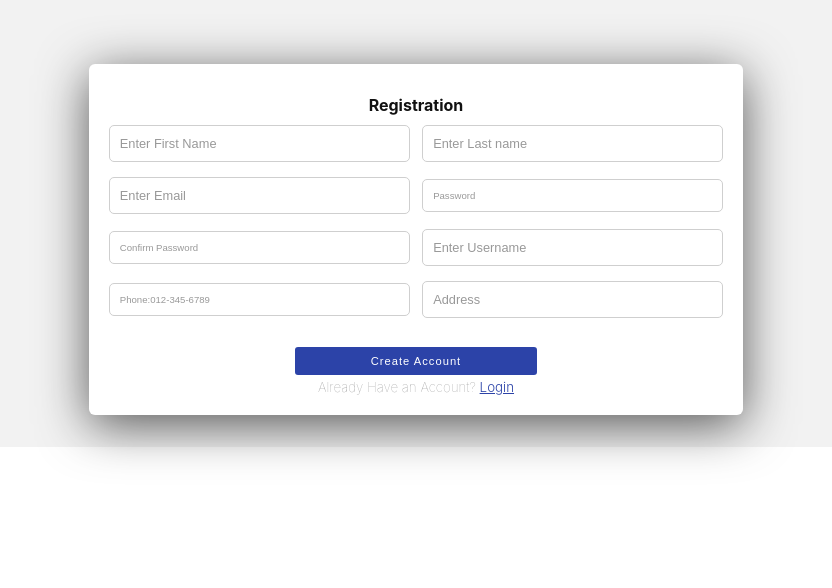
Repository: Fortune-Labs/Event-management-system-CapstoneG3
Page: /register (app in frontend/)
An editor plug-in stored every save of this project. The page is shown before and after the next save, followed by the edit.
The browser window is 768 px wide. The page is 832 px wide, so the pictures cover 832 px, including what lies to the right of the window. The pictures show the whole page.
The project was rebuilt for these pictures with package versions that can differ from the ones it lists, and the page was loaded fresh each time. Also part of the build but not shown: frontend/src/components/LoginSignup/errorMessages.js, frontend/src/components/LoginSignup/login.jsx, frontend/src/components/LoginSignup/verificationCode.jsx, frontend/src/components/LoginSignup/passwordReset.jsx.

Above is the page before, as saved 2020-09-09 16:43:50.

### frontend/src/App.js
import React from "react";
import "./App.css";
import Register from "./components/LoginSignup/register";
import Login from "./components/LoginSignup/login";
import passwordReset from "./components/LoginSignup/passwordReset";
import { BrowserRouter, Switch, Route } from "react-router-dom";

function App() {
  return (
    <div className="App">
      <BrowserRouter>
        <Switch>
          <div className="App">
            <Route path="/login" component={Login} />
            <Route path="/passwordReset" component={passwordReset} />
            <Route exact path="/register" component={Register} />
          </div>
        </Switch>
      </BrowserRouter>
    </div>
  );
}

export default App;

### frontend/src/components/LoginSignup/register.jsx
import React, { useRef, Component } from "react";
import { useForm } from "react-hook-form";
import "./style.css";
import ErrorMessage from "./errorMessages";
import { Link } from "react-router-dom";

//Regular expression that holds email validation of form example@thismail.com
const emailRegex = RegExp(
  /^[a-zA-Z0-9.!#$%&’*+/=?^_`{|}~-]+@[a-zA-Z0-9-]+(?:\.[a-zA-Z0-9-]+)*$/
);
//Regular expression that holds phone number validation of form (000-000-0000)
const phoneRegex = RegExp(/^\(?([0-9]{3})\)?[-. ]?([0-9]{3})[-. ]?([0-9]{4})$/);

const UseFormFuction = () => {
  const { register, handleSubmit, errors, watch } = useForm();
  const password = useRef({});
  password.current = watch("password", "");
  const onSubmit = async (formData) => {
    console.log(formData);

    let url = "http://127.0.0.1:8000/auth/register/";
    fetch(url, {
      method: "POST",
      headers: {
        "Content-Type": "application/json",
      },
      body: JSON.stringify(formData),
    })
      .then((response) => response.json())
      .then((data) => {
        console.log("success", data);
      })
      .catch((error) => {
        console.error("Error:", error);
      });
  };

  return (
    <div className="wrapper">
      <div className="form-wrapper">
        <form onSubmit={handleSubmit(onSubmit)} className="register-form">
          <h1 className="register-header">Registration</h1>
          <div className="firstName">
            <input
              type="text"
              name="firstName"
              ref={register({ required: true, minLength: 3 })}
              placeholder="Enter First Name"
            />
            <ErrorMessage error={errors.firstName} />
          </div>
          <div className="lastName">
            <input
              type="text"
              name="lastName"
              ref={register({ required: true, minLength: 3 })}
              placeholder="Enter Last name"
            />
            <ErrorMessage error={errors.lastName} />
          </div>
          <div className="email">
            <input
              type="text"
              name="email"
              ref={register({
                required: true,
                pattern: {
                  value: emailRegex,
                  message: "invalid email address",
                },
              })}
              placeholder="Enter Email"
            />
            <ErrorMessage error={errors.email} />
          </div>
          <div className="password">
            <input
              type="password"
              name="password"
              placeholder="Password"
              ref={register({ required: true, maxLength: 8 })}
            />
            <ErrorMessage error={errors.password} />
          </div>
          <div className="cpassword">
            <input
              type="password"
              name="cpassword"
              ref={register({
                required: true,
                validate: (value) =>
                  value === password.current || "Passwords do not match.",
              })}
              placeholder="Confirm Password"
            />
            <ErrorMessage error={errors.cpassword} />
          </div>
          <div className="username">
            <input
              type="text"
              name="username"
              ref={register({ required: true, minLength: 3 })}
              placeholder="Enter Username"
            />
            <ErrorMessage error={errors.username} />
          </div>

          <div className="phone">
            <input
              type="tel"
              name="phone"
              placeholder="Phone:012-345-6789"
              ref={register({
                required: true,
                pattern: {
                  value: phoneRegex,
                  message: "invalid phone",
                },
              })}
            />
            <ErrorMessage error={errors.phone} />
          </div>
          <div className="address">
            <input
              type="text"
              name="address"
              ref={register({ required: true, maxLength: 20 })}
              placeholder="Address"
            />
            <ErrorMessage error={errors.address} />
          </div>

          <div className="register action-counter">
            <button type="submit" className="btn1">
              Create Account
            </button>
            <small>
              Already Have an Account? <Link to="Login">Login</Link>
            </small>
          </div>
        </form>
      </div>
    </div>
  );
};
//Components register
class Register extends Component {
  render() {
    return (
      <div>
        <UseFormFuction />
      </div>
    );
  }
}

export default Register;

### frontend/src/components/LoginSignup/style.css
.wrapper {
  height: 100vh;
  width: 100%;
  display: flex;
  flex-direction: column;
  justify-content: center;
  align-items: center;
  background-color: #f2f2f2;
  margin: 0;
}

.form-wrapper {
  min-height: 25rem;
  width: 30%;
  display: flex;
  flex-direction: column;
  padding: 20px;
  border-radius: 6px;
  box-shadow: 0px 10px 50px #555;
  background-color: #ffffff;
}

.register-header {
  text-align: center;
  width: 100%;
  color: #111;
  font-size: 16px;
  font-weight: bold;
  font-family: -apple-system, BlinkMacSystemFont, "Segoe UI", Roboto, Oxygen,
    Ubuntu, Cantarell, "Open Sans", "Helvetica Neue", sans-serif;
}

.register-form {
  width: 100%;
  display: flex;
  flex-wrap: wrap;
  align-items: center;
  justify-content: center;
}

label {
  font-size: 16px;
  margin-bottom: 0.09em;
  color: #222;
  font-weight: 12px;
  text-align: left;
}

input[type="text"],
select {
  padding: 10px 10px;
  border-radius: 5px;
  outline: none;
  border: 1px solid #cfcfcf;
  font-size: 0.8em;
}
input[type="password"] {
  padding: 10px 10px;
  border-radius: 5px;
  outline: none;
  border: 1px solid #cfcfcf;
  font-size: 0.6em;
}

input[type="tel"] {
  padding: 10px 10px;
  border-radius: 5px;
  outline: none;
  border: 1px solid #cfcfcf;
  font-size: 0.6em;
}
input::placeholder {
  font-size: 1em;
  font-weight: lighter;
  color: #999;
}

.firstName,
.email,
.cpassword,
.phone {
  margin-right: 1%;
}

.lastName,
.password,
.address,
.username {
  margin-left: 1%;
}

.firstName,
.lastName,
.email,
.password,
.cpassword,
.phone,
.address,
.username {
  display: flex;
  flex-direction: column;
  margin-bottom: 15px;
}

.firstName,
.lastName,
.email,
.password,
.cpassword,
.address,
.phone,
.username {
  width: 49%;
}

.register {
  width: 100%;
  display: flex;
  flex-direction: column;
  align-items: center;
}

.register button {
  background-color: #2c43a8;
  color: #fff;
  border: 2px solid #fff;
  border-radius: 5px;
  width: 40%;
  margin-top: 1em;
  padding: 8px 0px;
  font-size: 0.7em;
  font-weight: lighter;
  letter-spacing: 1px;
  margin-bottom: 0.25em;
  text-align: center;
}

.register button:hover {
  color: #519e8a;
  background-color: #fff;
  border: 2px solid #519e8a;
}

.register small {
  color: #999;
  font-weight: lighter;
}
/* Login style */

.login-wrapper {
  background-image: url("../Images/login-background.jpg");
  height: 100vh;
  width: 100%;
  display: flex;
  flex-direction: column;
  justify-content: center;
  align-items: center;
  background-size: fill;
  background-position: center;
  background-repeat: no-repeat;
  background-color: #f2f2f2;
  margin: 0;
  position: relative;
}

.login-form-wrapper {
  height: 60%;
  width: 50%;
  display: flex;
  position: absolute;
  right: 10%;
  margin-right: -25;
  top: 20%;
  margin-top: -25;
  overflow: hidden;
  flex-direction: column;
  padding: 20px;
  border-radius: 6px;
  box-shadow: 0px 10px 50px #555;
  background-color: #ffffff;
}

.login-header {
  text-align: center;
  width: 100%;
  color: #111;
  font-size: 20px;
  font-weight: bold;
  margin-top: 6%;
  font-family: -apple-system, BlinkMacSystemFont, "Segoe UI", Roboto, Oxygen,
    Ubuntu, Cantarell, "Open Sans", "Helvetica Neue", sans-serif;
}

.login-form-wrapper input {
  padding: 10px 10px;
  border-radius: 5px;
  outline: none;
  border: 1px solid #cfcfcf;
  font-size: 1em;
}

.login-form-wrapper input::placeholder {
  font-size: 1em;
  font-weight: lighter;
  color: #999;
}
.login-form {
  width: 100%;
  display: flex;
  flex-direction: column;
  align-items: center;
  justify-content: center;
}

.email,
.password {
  display: flex;
  flex-direction: column;
  margin-bottom: 15px;
  width: 49%;
  text-align: center;
  justify-content: center;
}

.login-form .password {
  margin-left: 0%;
}

.login {
  display: flex;
  flex-direction: row;
  margin-bottom: 10px;
  width: 49%;
}

.login button {
  background-color: #2c43a8;
  color: #fff;
  border: 2px solid #fff;
  border-radius: 5px;
  padding: 8px 10px;
  text-align: center;
  font-size: 0.5em;
  font-weight: lighter;
  letter-spacing: 1px;
  margin-bottom: 0.25em;
  justify-content: flex-end;
}

.btn {
  display: flex;
  justify-content: flex-end;
  align-items: flex-end;
  right: 0;
  width: 50%;
}
.reset-pwd {
  display: flex;
  width: 50%;
  align-items: flex-start;
}

.login button:hover {
  color: #519e8a;
  background-color: #fff;
  border: 2px solid #519e8a;
}

small {
  color: #999;
  font-weight: lighter;
}

/* general anchor tags */
a:link,
a:visited {
  color: #2c43a8;
  font-weight: 300;
}

a:hover,
a:active {
  color: #519e8a;
}

/* Extra small devices (phones, 600px and down) */
@media only screen and (max-width: 480px) {
  .form-wrapper {
    /* height: 100%; */
    min-height: 15rem;
    width: 80%;
  }

  .login-from-wrapper {
    /* height: 100%; */
    min-height: 10rem;
    width: 80%;
    position: absolute;
  }
  .email,
  .password {
    width: 80%;
  }
}
@media only screen and (max-width: 770px) {
  .form-wrapper {
    /* height: 100%; */
    min-height: 15rem;
    margin-top: 2rem;
    width: 80%;
  }

  .login-form-wrapper {
    /* height: 100%; */
    min-height: 20rem;
    margin-top: 2rem;
    width: 80%;
  }
  .wrapper {
    height: 100%;
    padding: 2rem !important;
  }

  .login-wrapper {
    height: 100%;
    padding: 2rem !important;
  }
}

@media only screen and (max-width: 812px) {
  .form-wrapper {
    /* height: 100%; */
    min-height: 15rem;
    margin-top: 2rem;
    width: 80%;
  }
  .login-wrapper {
    height: 100%;
  }

  .login-form-wrapper {
    /* height: 100%; */
    min-height: 20rem;
    margin-top: 2rem;
    width: 80%;
  }
  .wrapper {
    height: 100%;
    padding: 0 0 5rem;
  }
  .login-wrapper {
    height: 100%;
    padding: 0 0 5rem;
  }
  .login-form-wrapper {
    /* height: 60%; */
    /* width: 50%; */
    /* display: flex; */
    /* overrding position  */
    position: static;
  }
}

Loaded but not shown: frontend/public/index.html (common file); frontend/src/index.js (common file); frontend/src/index.css (common file); frontend/src/serviceWorker.js (common file); frontend/src/App.css (common file)

After the next save:
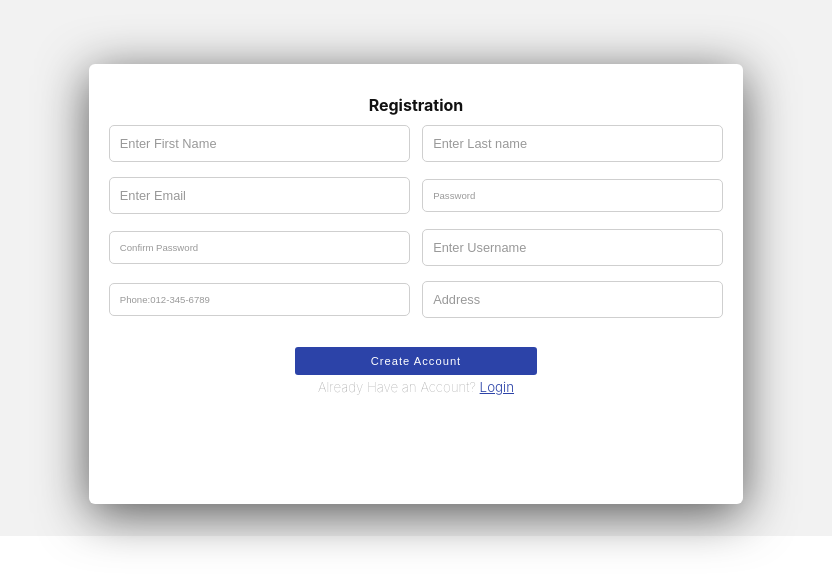
Saved 2 min 42 s later.
--- a/frontend/src/components/LoginSignup/style.css
+++ b/frontend/src/components/LoginSignup/style.css
@@ -304,8 +304,8 @@ a:active {
 }
 @media only screen and (max-width: 770px) {
   .form-wrapper {
-    /* height: 100%; */
-    min-height: 15rem;
+    height: 100%;
+    /* min-height: 15rem; */
     margin-top: 2rem;
     width: 80%;
   }
@@ -329,8 +329,8 @@ a:active {
 
 @media only screen and (max-width: 812px) {
   .form-wrapper {
-    /* height: 100%; */
-    min-height: 15rem;
+    height: 100%;
+    /* min-height: 15rem; */
     margin-top: 2rem;
     width: 80%;
   }
